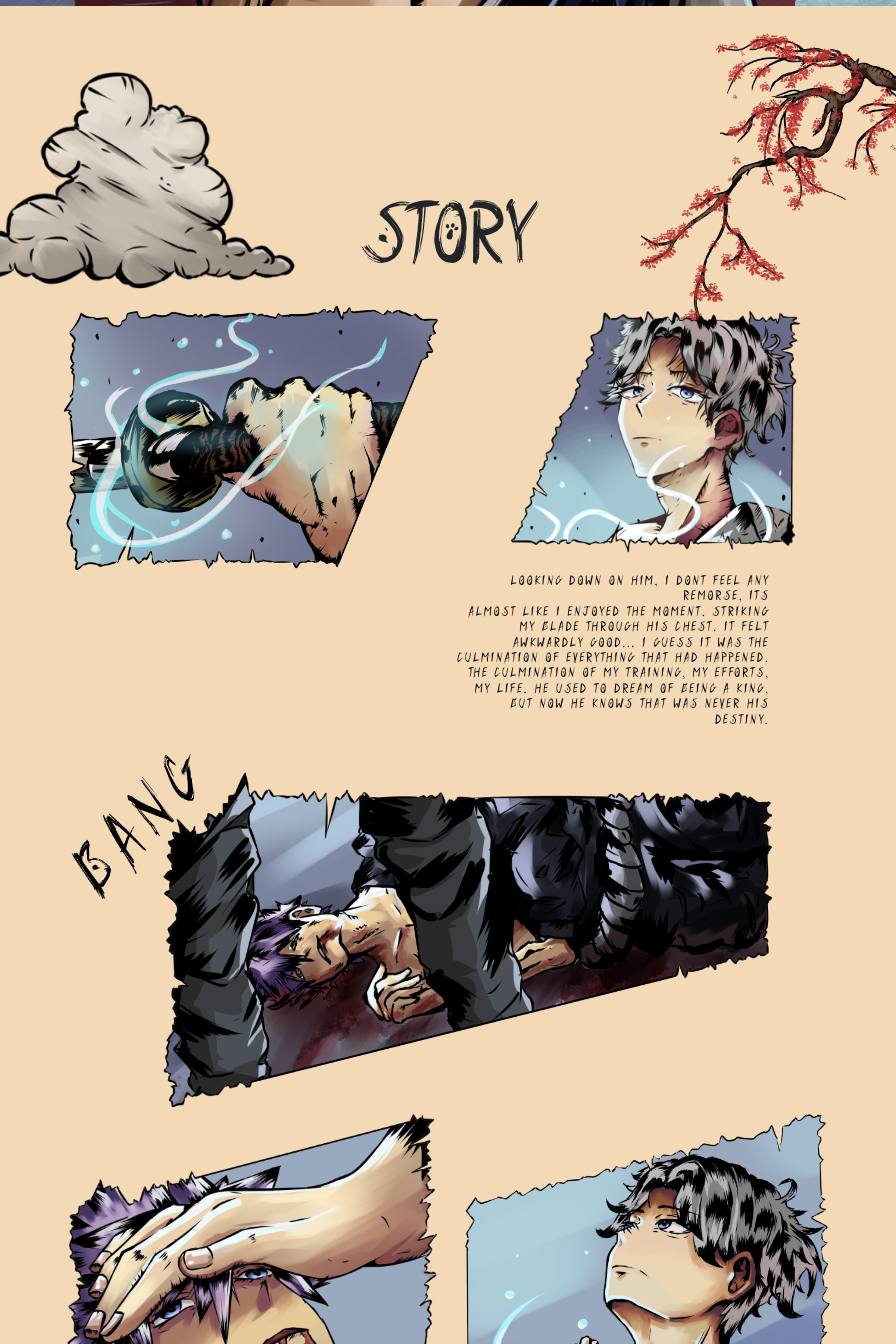
Repository: abzStudio/Kabuto-Web-notCompeleted
Page: index.html
The author's editor kept a copy of each file at every save. The page is drawn from the files as they stood at one save, then again after the next save.
The browser window is 1280 px wide. The pictures show the part of the page from y = 712 to 2632 px (the page is 4741 px tall), at 70% of full size.
Some web libraries are served in a nearby version.

Above is the page before, as saved 2023-03-16 03:04:24.

After the next save:
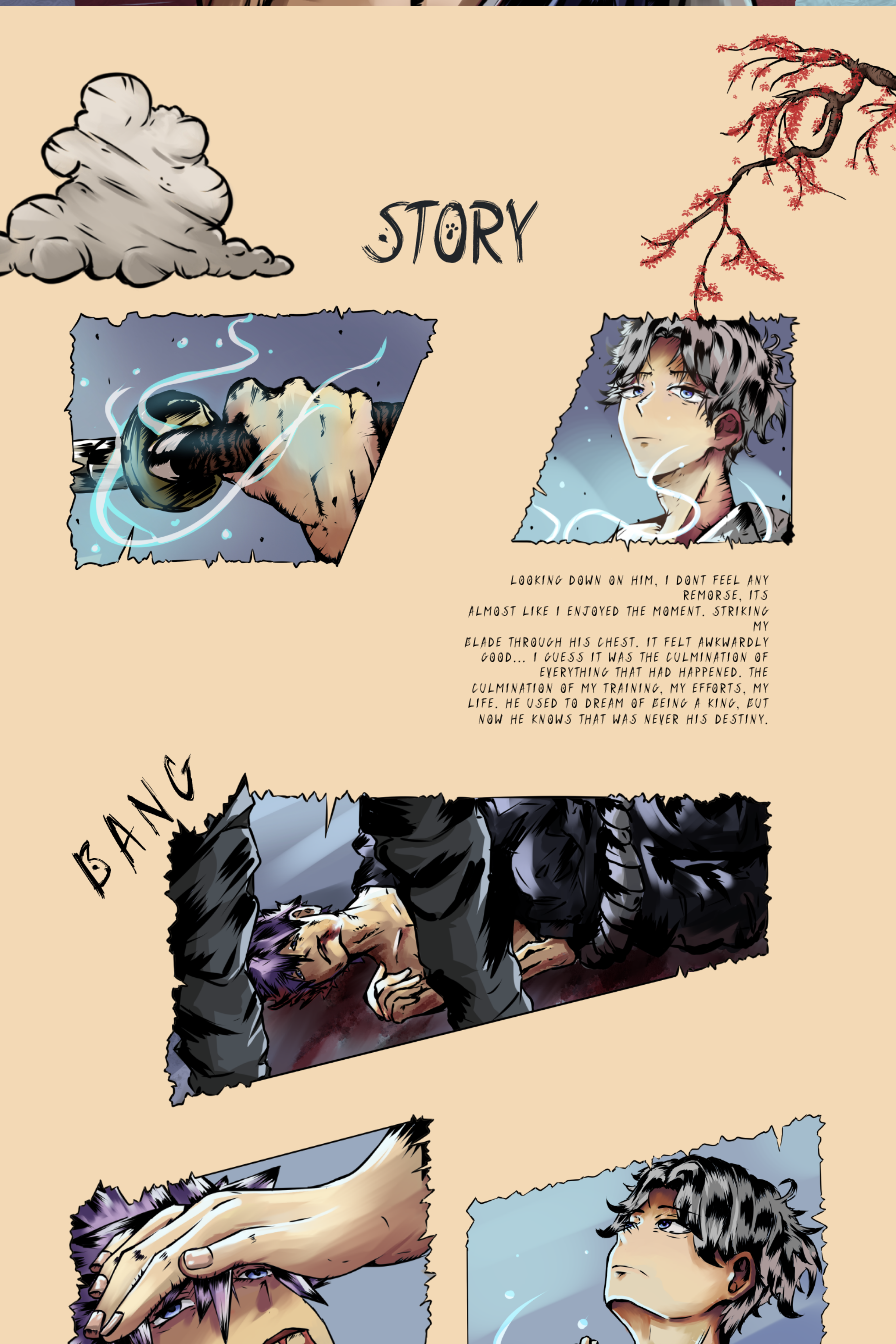
Saved 19 s later.
--- a/index.html
+++ b/index.html
@@ -79,7 +79,7 @@
             <div class="col-md-6 story_img">
                 <img src="asset/images/story_2.png" class="story_two" alt="Story two">
               <div class="div_text">
-                          <p class="text_p"> Looking down on him, I dont feel any remorse, its <br/>almost like I enjoyed the moment. Striking my blade through his chest. It felt awkwardly good... I guess it was the culmination of everything that had happened. The culmination of my training, my efforts, my life.  He used to dream of being a king, but now he knows that was never his destiny.</p>
+                          <p class="text_p"> Looking down on him, I dont feel any remorse, its <br/>almost like I enjoyed the moment. Striking my <br/>blade through his chest. It felt awkwardly good... I guess it was the culmination of everything that had happened. The culmination of my training, my efforts, my life.  He used to dream of being a king, but now he knows that was never his destiny.</p>
 </div>
             </div>
         </div>
